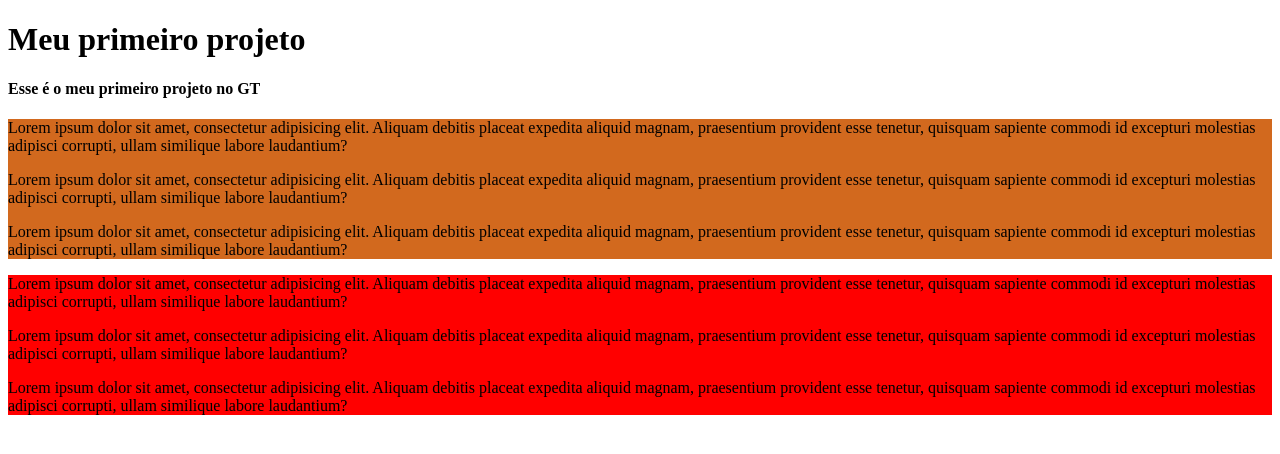
Repository: geracao-11/aula01
Page: index.html
An editor plug-in stored every save of this project. The page is shown before and after the next save, followed by the edit.
The browser window is 1280 px wide. The pictures show the whole page.

Above is the page before, as saved 2025-04-02 09:41:55.

### index.html
<!DOCTYPE html>
<html lang="pt-br">
  <head>
    <meta charset="UTF-8" />
    <meta name="viewport" content="width=device-width, initial-scale=1.0" />
    <title>Teste</title>

  </head>
  <body>
    <header>

      <h1>Meu primeiro projeto</h1>
      <h4>Esse é o meu primeiro projeto no GT</h4>
    </header>
    <main>
      <div style="background-color: chocolate;">
        <p>
          Lorem ipsum dolor sit amet, consectetur adipisicing elit. Aliquam
          debitis placeat expedita aliquid magnam, praesentium provident esse
          tenetur, quisquam sapiente commodi id excepturi molestias adipisci
          corrupti, ullam similique labore laudantium?
        </p>
        <p>
          Lorem ipsum dolor sit amet, consectetur adipisicing elit. Aliquam
          debitis placeat expedita aliquid magnam, praesentium provident esse
          tenetur, quisquam sapiente commodi id excepturi molestias adipisci
          corrupti, ullam similique labore laudantium?
        </p>
        <p>
          Lorem ipsum dolor sit amet, consectetur adipisicing elit. Aliquam
          debitis placeat expedita aliquid magnam, praesentium provident esse
          tenetur, quisquam sapiente commodi id excepturi molestias adipisci
          corrupti, ullam similique labore laudantium?
        </p>
      </div>
      <div style="background-color: red;">
        <p>
          Lorem ipsum dolor sit amet, consectetur adipisicing elit. Aliquam
          debitis placeat expedita aliquid magnam, praesentium provident esse
          tenetur, quisquam sapiente commodi id excepturi molestias adipisci
          corrupti, ullam similique labore laudantium?
        </p>
        <p>
          Lorem ipsum dolor sit amet, consectetur adipisicing elit. Aliquam
          debitis placeat expedita aliquid magnam, praesentium provident esse
          tenetur, quisquam sapiente commodi id excepturi molestias adipisci
          corrupti, ullam similique labore laudantium?
        </p>
        <p>
          Lorem ipsum dolor sit amet, consectetur adipisicing elit. Aliquam
          debitis placeat expedita aliquid magnam, praesentium provident esse
          tenetur, quisquam sapiente commodi id excepturi molestias adipisci
          corrupti, ullam similique labore laudantium?
        </p>
      </div>
    </main>
    <footer></footer>
  </body>
</html>

After the next save:
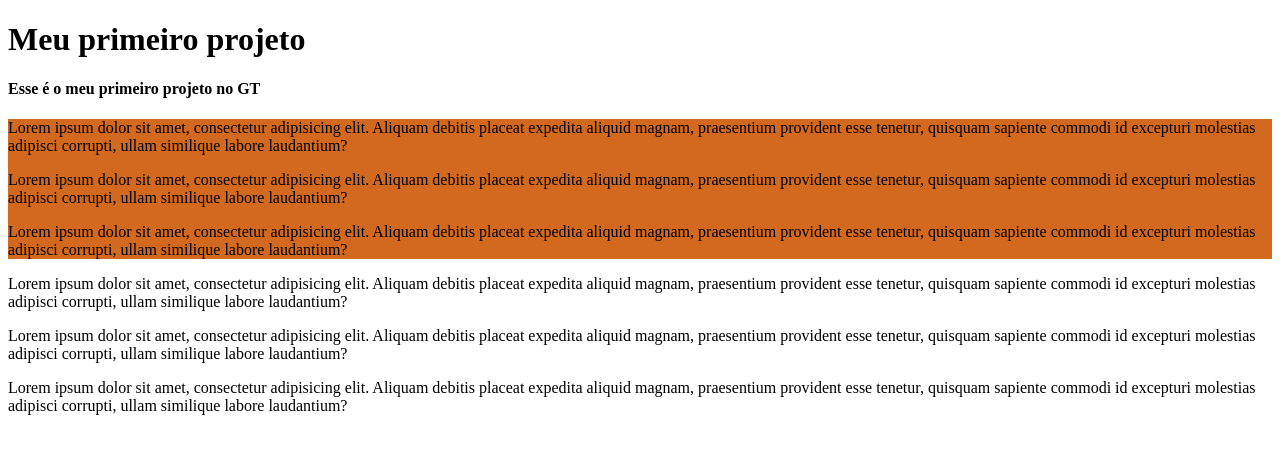
Saved 7 s later.
--- a/index.html
+++ b/index.html
@@ -33,7 +33,7 @@
           corrupti, ullam similique labore laudantium?
         </p>
       </div>
-      <div style="background-color: red;">
+      <div style="background-color:;">
         <p>
           Lorem ipsum dolor sit amet, consectetur adipisicing elit. Aliquam
           debitis placeat expedita aliquid magnam, praesentium provident esse
